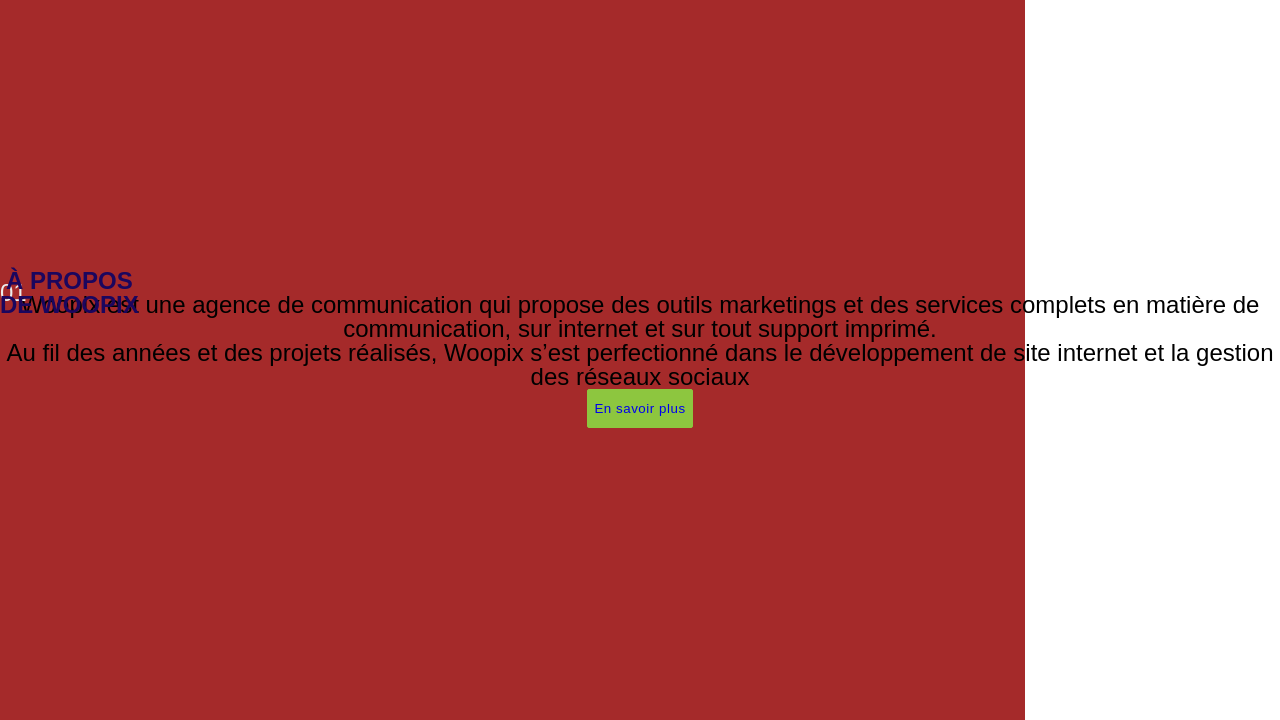
Repository: keloriane/woopix
Page: /about
The author's editor kept a copy of each file at every save. The page is drawn from the files as they stood at one save, then again after the next save.
The browser window is 1280 px wide. The pictures show the whole page.
The project was rebuilt for these pictures with package versions that can differ from the ones it lists, and the page was loaded fresh each time. Also part of the build but not shown: src/pages/Services/components/ServiceItem.js, src/pages/Services/components/ServiceOption.js, src/pages/Services/index.js, src/pages/Home.js.

Above is the page before, as saved 2020-09-24 12:41:08.

After the next save:
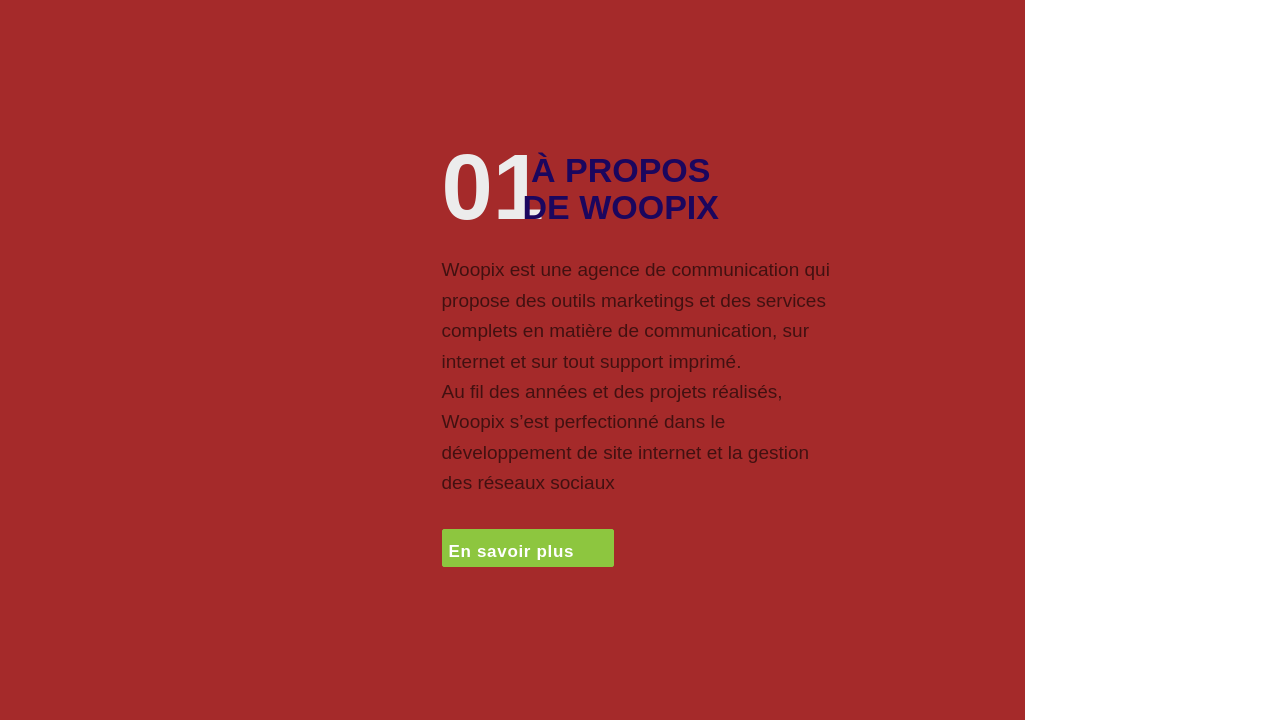
Saved 36 s later.
--- a/src/pages/About/index.js
+++ b/src/pages/About/index.js
@@ -41,7 +41,7 @@
         }
       }
     }
-    @media screen and (max-width: 596px) {
+    @media screen and (min-width: 596px) {
       #about {
         .about-wrapper {
           display: flex;

After the save that followed:
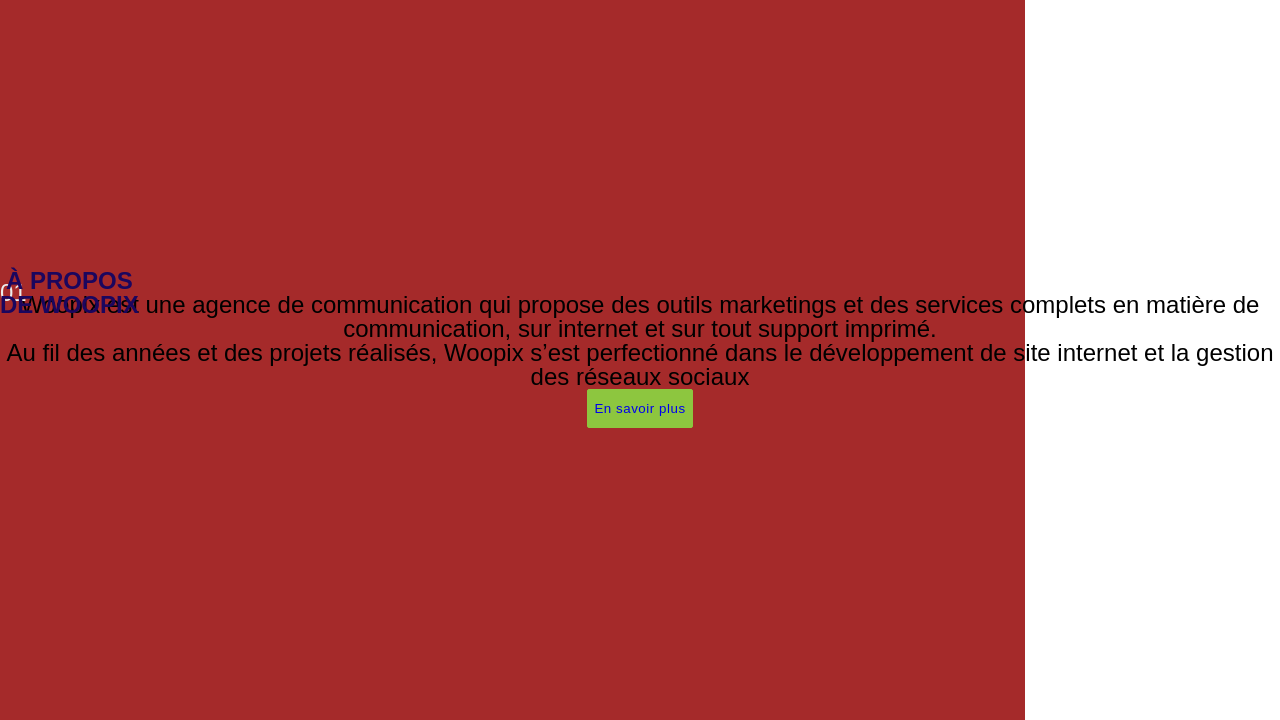
Saved 6 s later.
--- a/src/pages/About/index.js
+++ b/src/pages/About/index.js
@@ -41,7 +41,7 @@
         }
       }
     }
-    @media screen and (min-width: 596px) {
+    @media screen and (max-width: 596px) {
       #about {
         .about-wrapper {
           display: flex;
